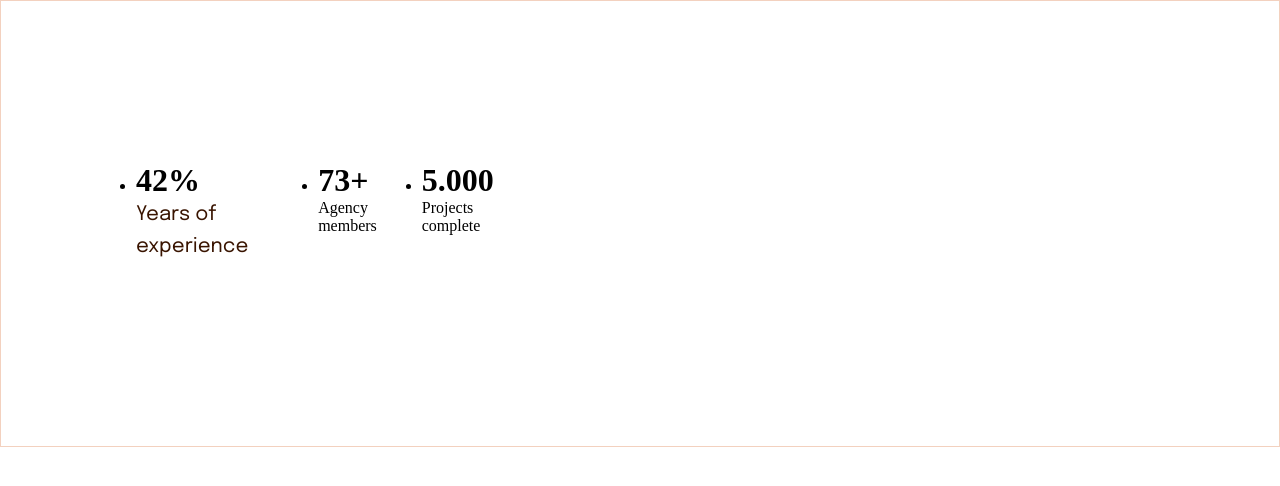
Repository: simralgasimov/task6
Page: index.html
These files come from the project's save history. The page is drawn as it stood at one moment and after a run of saves; the edit follows.
The browser window is 1280 px wide. The pictures show the whole page.

Above is the page before, as saved 2023-08-30 13:09:39.

After the next 2 saves:
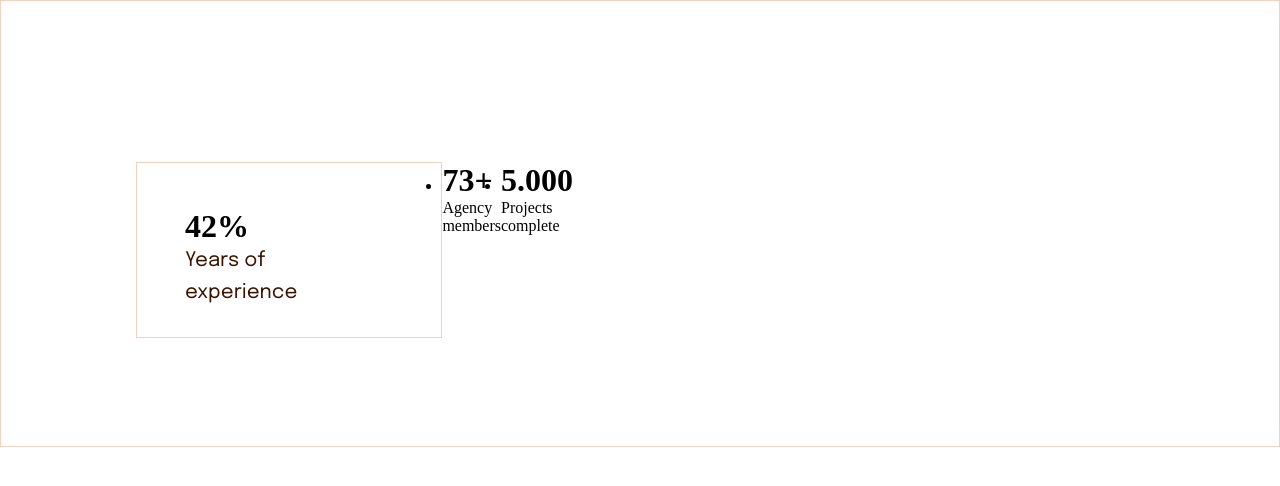
The 2 saves are shown as one change because they came seconds apart.
The last was saved 13 s later.
--- a/index.css
+++ b/index.css
@@ -17,7 +17,7 @@
   height: 176px;
 }
 
-.box .box-1 {
+.container-1 ul .box-1 {
   padding: 45px 144px 38px 48px;
   list-style: none;
   border: 1px solid #f3d1bf;
